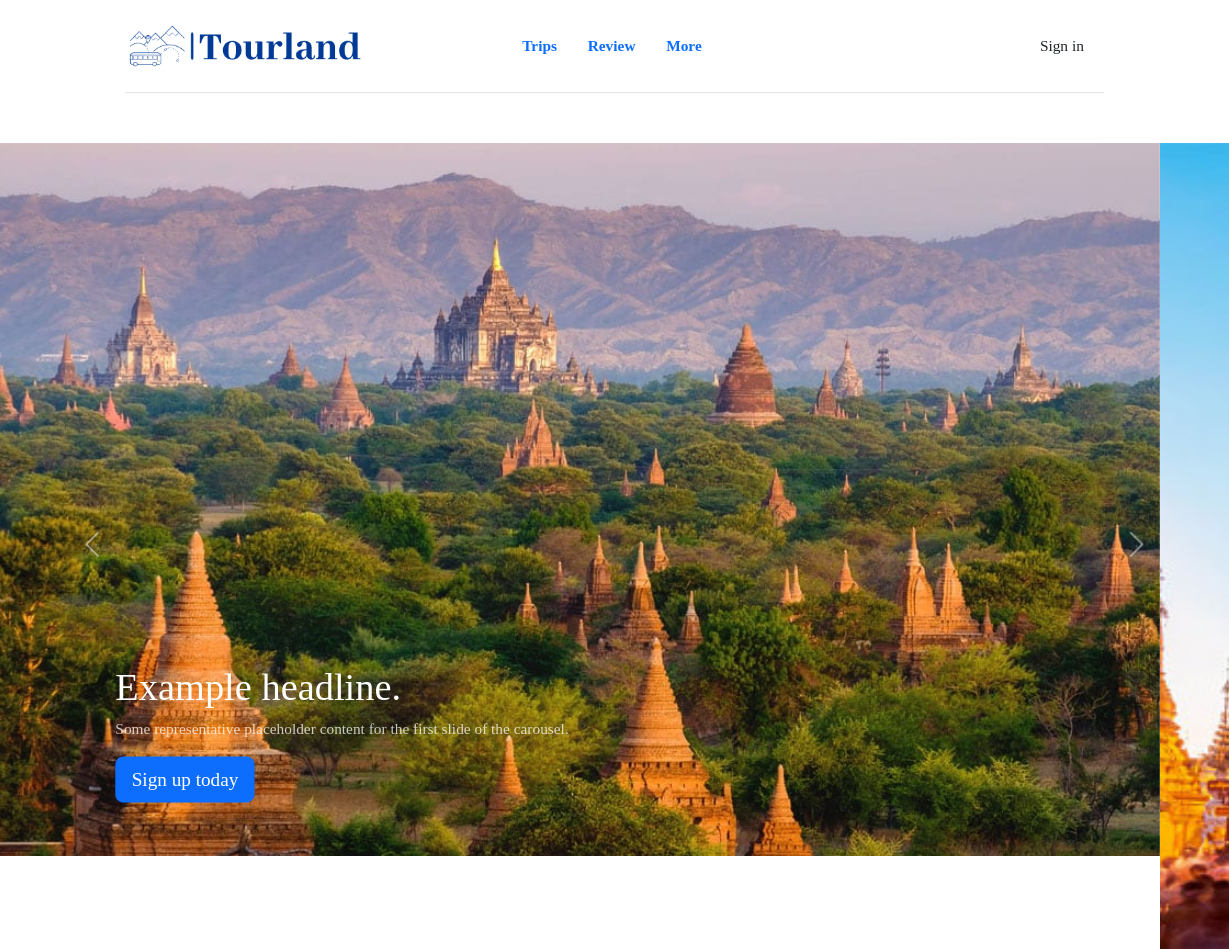
Repository: nyeinsu4520/tourland
Page: http://localhost/index
These files come from the project's save history. The page is drawn as it stood at one moment and after the next save; the edit follows.
The browser window is 1280 px wide. The pictures show the whole page, at 96% of full size.
Some web fonts or font styles are not loaded; a fallback is used. The page is this project's Thymeleaf template; nobody is signed in. The template is opened directly, without the code that normally fills it, so the values that code supplies are empty.

Above is the page before, as saved 2024-05-31 16:57:42.

After the next save:
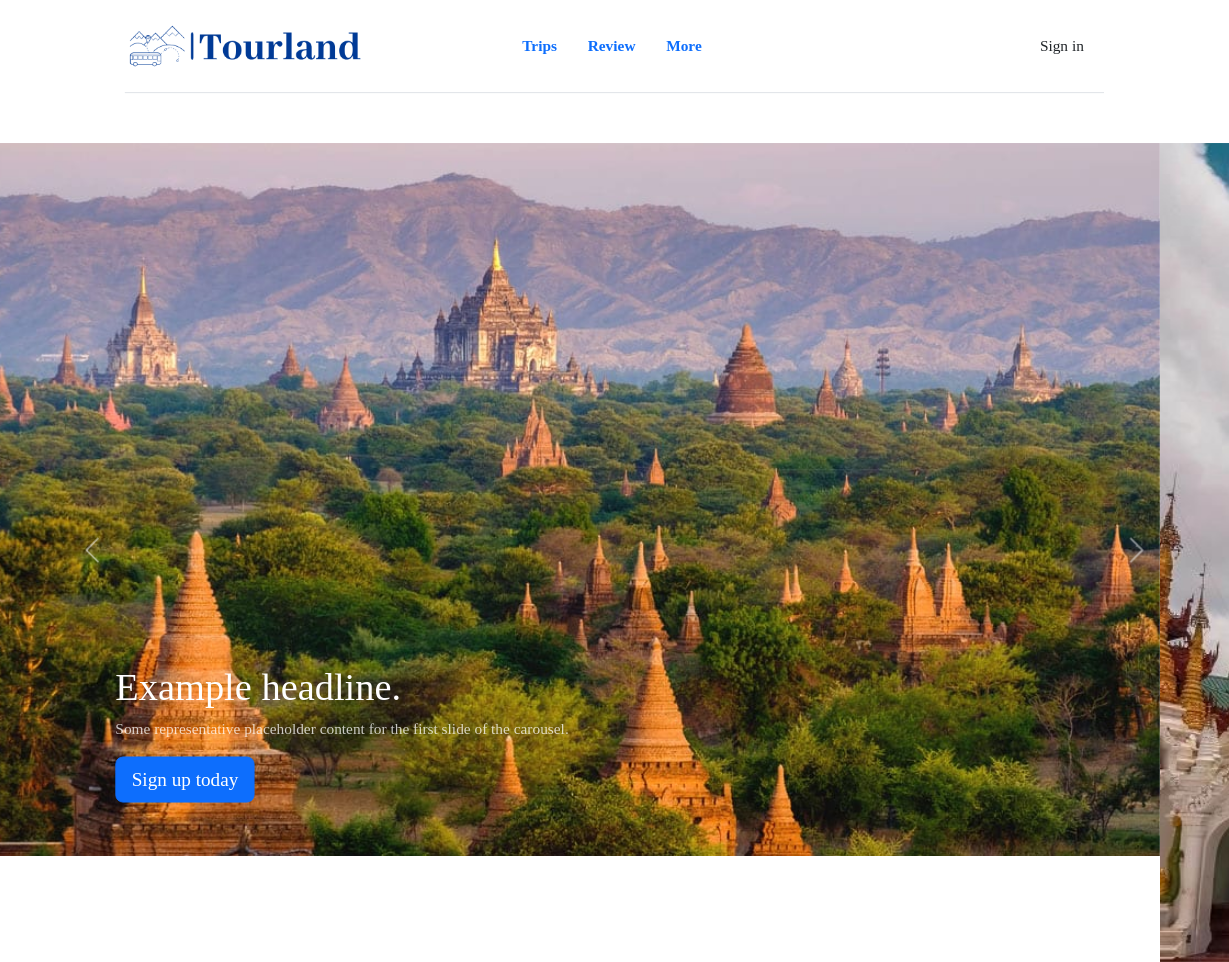
Saved 13 s later.
--- a/Tourland/src/main/resources/templates/index.html
+++ b/Tourland/src/main/resources/templates/index.html
@@ -96,7 +96,7 @@
           </div>
         </div>
         <div class="carousel-item">
-          <img src="./image/img/shwedagon.jfif" width="100%" >
+          <img src="./image/img/shwedagon.jpg" width="100%" >
           <div class="container">
             <div class="carousel-caption">
               <h1>Another example headline.</h1>
